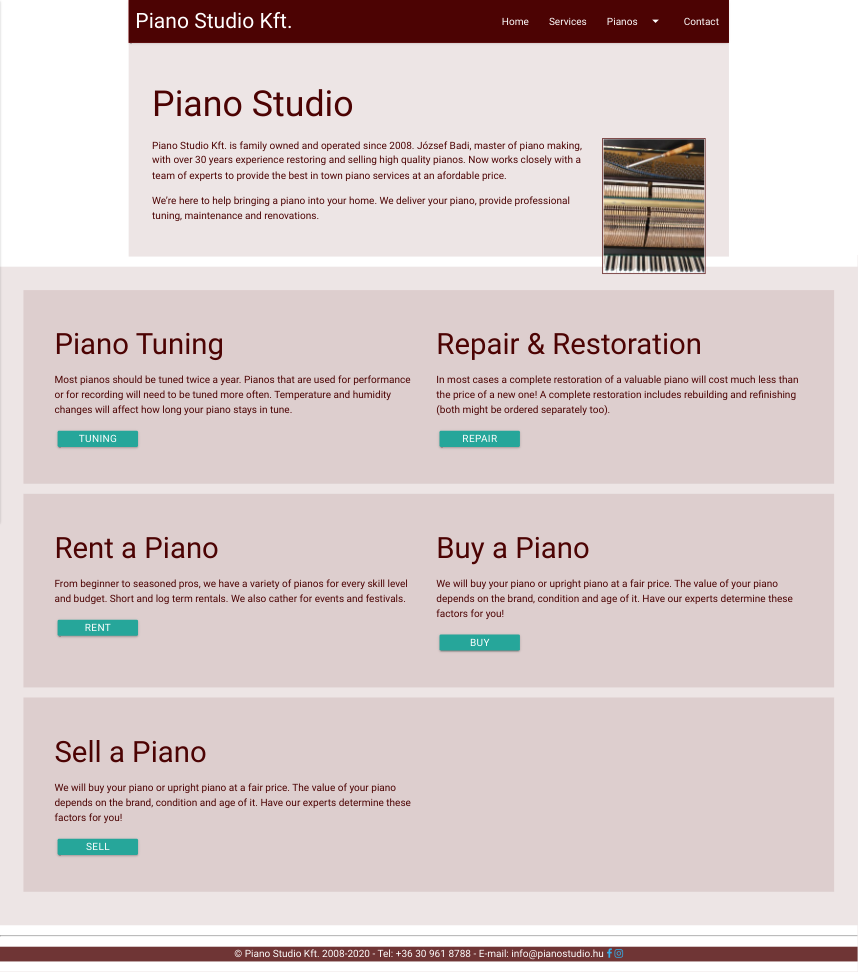
Repository: badiattila/pianostudioheroku
Page: http://localhost/
The author's editor kept a record of every edit. The page is drawn from the files as they stood at one moment, then again after the next edit.
The browser window is 1280 px wide. The pictures show the whole page, at 67% of full size.
Some web libraries are served in a nearby version. The page is served by the project's application, run on Flask 3 (app.py).

Above is the page before.

### templates/index.html
{% extends 'base.html' %} {% block content %}

<div class="op">
    <div class="intro">
            <h2>Piano Studio</h2>
            <img class="right-teaser" src="{{url_for('static', filename='pictures/hangolas.jpg')}}" alt="Piano Studio" />
            <p>Piano Studio Kft. is family owned and operated since 2008. József Badi, master of piano making, with over 30 years experience restoring and selling high quality pianos. Now works closely with a team of experts to provide the best in town piano
                services at an afordable price.</p>
            <p>We’re here to help bringing a piano into your home. We deliver your piano, provide professional tuning, maintenance and renovations.</p>
        </div>
    </div>
</div>
<div class="op">
    <div class="row op">
        <div class="col s6">
            <h3>Piano Tuning</h3>
            <p>Most pianos should be tuned twice a year. Pianos that are used for performance or for recording will need to be tuned more often. Temperature and humidity changes will affect how long your piano stays in tune.</p>
            <p><a class="waves-effect waves-light btn btn_mid" href="{{url_for('services')}}" role="button">Tuning</a></p>
        </div>
        <div class="col s6">
            <h3>Repair & Restoration</h3>
            <p>In most cases a complete restoration of a valuable piano will cost much less than the price of a new one! A complete restoration includes rebuilding and refinishing (both might be ordered separately too).</p>
            <p><a class="waves-effect waves-light btn btn_mid" href="{{url_for('services')}}" role="button">Repair</a></p>
        </div>
    </div>
    <div class="row op">
        <div class="col s6">
            <h3>Rent a Piano</h3>
            <p>From beginner to seasoned pros, we have a variety of pianos for every skill level and budget. Short and log term rentals. We also cather for events and festivals. </p>
            <p><a class="waves-effect waves-light btn btn_mid" href="{{url_for('services')}}" role="button">Rent</a></p>
        </div>
        <div class="col s6">
            <h3>Buy a Piano</h3>
            <p>We will buy your piano or upright piano at a fair price. The value of your piano depends on the brand, condition and age of it. Have our experts determine these factors for you!</p>
            <p><a class="waves-effect waves-light btn btn_mid" href="{{url_for('pianos_for_sale')}}" role="button">Buy</a></p>
        </div>
    </div>
    <div class="row op">
        <div class="col s6">
            <h3>Sell a Piano</h3>
            <p>We will buy your piano or upright piano at a fair price. The value of your piano depends on the brand, condition and age of it. Have our experts determine these factors for you!</p>
            <p><a class="waves-effect waves-light btn btn_mid" href="{{url_for('createadd')}}" role="button">Sell</a></p>
        </div>
    </div>
</div>
<hr> {% endblock %}

### templates/base.html
<!DOCTYPE html>

<html lang="en">

<head>

    <!-- Meta tags -->
    <meta charset="utf-8">
    <!-- Font awsome -->
    <link rel="stylesheet" href="https://maxcdn.bootstrapcdn.com/font-awesome/4.7.0/css/font-awesome.min.css" type="text/css" />
    <!-- Hover -->
    <link rel="stylesheet" href="https://cdnjs.cloudflare.com/ajax/libs/hover.css/2.1.1/css/hover-min.css" type="text/css" />
    <!-- Material icons by Google -->
    <link href="https://fonts.googleapis.com/icon?family=Material+Icons" rel="stylesheet">
    <!-- Compiled and minified materialize CSS -->
    <link rel="stylesheet" href="https://cdnjs.cloudflare.com/ajax/libs/materialize/0.100.2/css/materialize.min.css">
    <!-- Specific Css for this website -->
    <link rel="stylesheet" href="{{url_for('static', filename='css/style.css')}}" type="text/css" />

    <title>Piano Studio Kft. - Services - </title>
    <link href="{{url_for('static', filename='pictures/favicon.ico')}}" rel="shortcut icon" type="image/x-icon" />
    <meta name="description" content="Piano rental, tuning and repair - Piano Studio Kft." />
    <meta name="keywords" content="Piano rental,piano tuning,piano repair,piano studio" />
    <meta name="copyright" content="Piano Studio Kft." />
    <meta name="author" content="Attila Badi/Piano Studio Kft." />
    <meta name="email" content="info@pianostudio.hu" /> {% block head %} {% endblock %}


</head>

<body>
    <div class="container">
        <header>
            <ul id="dropdown2" class="dropdown-content">
                <li><a href="{{url_for('pianos_for_sale')}}">Sale</a></li>
                <li><a href="{{url_for('createadd')}}">Create Add</a></li>
            </ul>
            <nav>
                <div class="nav-wrapper redbg">
                    <a href="{{url_for('index')}}" class="brand-logo">Piano Studio Kft.</a>
                    <a href="#" data-activates="mobile-demo" class="button-collapse"><i class="material-icons">menu</i></a>
                    <ul id="nav-mobile" class="right hide-on-med-and-down">
                        <li><a href="{{url_for('index')}}">Home</a></li>
                        <li><a href="{{url_for('services')}}">Services</a></li>
                        <!-- Dropdown Trigger -->
                        <li><a class="dropdown-trigger" href="#!" data-target="dropdown2">Pianos<i class="material-icons right">arrow_drop_down</i></a></li>

                        <li><a href="{{url_for('contact')}}">Contact</a></li>
                    </ul>
                    <ul class="side-nav" id="mobile-demo">
                        <li><a href="{{url_for('index')}}">Home</a></li>
                        <li><a href="{{url_for('services')}}">Services</a></li>
                        <li><a href="{{url_for('pianos_for_sale')}}">Sale</a></li>
                        <li><a href="{{url_for('createadd')}}">Create Add</a></li>
                        <li><a href="{{url_for('contact')}}">Contact</a></li>
                    </ul>
                </div>
            </nav>

        </header>
        {% block content %} {% endblock %}

        <footer class="footer redbg">
            <p>&copy; Piano Studio Kft. 2008-2020 - Tel: +36 30 961 8788 - E-mail: info@pianostudio.hu
                <a target="_blank" href="https://www.facebook.com/zongoraterem"><i class="fa fa-facebook" aria-hidden="true"></i></a>
                <a target="_blank" href="https://www.instagram.com/pianostudiokft"><i class="fa fa-instagram" aria-hidden="true"></i></a>
            </p>
        </footer>
    </div>

    <script src="https://code.jquery.com/jquery-3.4.1.min.js" integrity="sha256-CSXorXvZcTkaix6Yvo6HppcZGetbYMGWSFlBw8HfCJo=" crossorigin="anonymous"></script>
    <script src="https://cdnjs.cloudflare.com/ajax/libs/materialize/0.100.2/js/materialize.min.js"></script>

    <script>
        $(document).ready(function() {
            $('.modal').modal();
            $('.dropdown-trigger').dropdown();
            $('.collapsible').collapsible();
            $('select').material_select();
            $('.button-collapse').sideNav();
        });
    </script>

</body>

</html>

### app.py
import os
from flask import Flask, render_template, redirect, request, url_for
from flask_pymongo import PyMongo
from bson.objectid import ObjectId
from flask_mail import Mail, Message

app = Flask(__name__)

app.config["MONGO_DBNAME"] = 'piano_studio'
app.config["MONGO_URI"] = 'mongodb://attilabadi:K00nK00n1234@mycodeinstitutecluster-shard-00-00-wpsfr.mongodb.net:27017,mycodeinstitutecluster-shard-00-01-wpsfr.mongodb.net:27017,mycodeinstitutecluster-shard-00-02-wpsfr.mongodb.net:27017/piano_studio?ssl=true&replicaSet=MyCodeInstituteCluster-shard-0&authSource=admin&retryWrites=true&w=majority'
mongo = PyMongo(app)

app.config.update(
	DEBUG=True,
	#EMAIL SETTINGS
	MAIL_SERVER='mail.pianostudio.hu',
	MAIL_PORT=465,
	MAIL_USE_SSL=True,
	MAIL_USERNAME = 'contact@pianostudio.hu',
	MAIL_PASSWORD = os.environ.get('SMTPPW')
	)
mail = Mail(app)

@app.route('/')
@app.route('/index')
def index():
        return render_template("index.html")

@app.route('/contact')
def contact():
        return render_template("contact.html")

@app.route('/services')
def services():
        return render_template("services.html")

@app.route('/pianos_for_sale')
def pianos_for_sale():
        return render_template("pianos_for_sale.html", pianos=mongo.db.pianos_4_sale.find(), images=mongo.db.pianos_4_sale.find())

@app.route('/createadd')
def createadd():
        return render_template("create_add.html")

@app.route('/insert_add', methods=['POST'])
def insert_add():
        file_id = mongo.save_file(request.files['picture'].filename, request.files['picture'])
        mongo.db.pianos_4_sale.insert({
            'brand': request.form.get('brand') ,
            'description' : request.form.get('description') ,
            'age' : request.form.get('age') ,
            'price' : request.form.get('price') ,
            'file_name' : request.files['picture'].filename})
        return redirect(url_for('pianos_for_sale'))

@app.route('/file/<file_name>')
def file(file_name):
    return mongo.send_file(file_name)

@app.route('/delete_piano/<piano_id>')
def delete_piano(piano_id):
    mongo.db.pianos_4_sale.remove({'_id': ObjectId(piano_id)})
    return redirect(url_for('pianos_for_sale'))

@app.route('/edit_piano/<piano_id>')
def edit_piano(piano_id):
    return render_template('edit_piano.html', piano=mongo.db.pianos_4_sale.find_one({"_id": ObjectId(piano_id)}))


@app.route('/update_piano/<piano_id>', methods=['POST'])
def update_piano(piano_id):
    file_id = mongo.save_file(request.files['picture'].filename, request.files['picture'])
    mongo.db.pianos_4_sale.update( {'_id': ObjectId(piano_id)},
    {
            'brand': request.form.get('brand') ,
            'description' : request.form.get('description') ,
            'age' : request.form.get('age') ,
            'price' : request.form.get('price') ,
            'file_name' : request.files['picture'].filename
    })
    return redirect(url_for('pianos_for_sale'))

@app.route('/send_mail/', methods=['POST'])
def send_mail():
	try:
		msg = Message("Contact form mail from pianostudio",
		  sender=request.form.get('user_email'),
		  recipients=["attila.badi@gmail.com"])
		msg.body = request.form.get('message')
		mail.send(msg)
		return 'Mail sent!'
	except:
		return "Something went wrong"

if __name__ == '__main__':
    app.run(host=os.environ.get('IP'),
        port=int(os.environ.get('PORT')),
        debug=True)

### static/css/style.css
.left {
  float: left;
}

.right {
  float: right;
}

/* Picture formatting for gallery and teaser pictures */

.right-teaser {
  padding: 1px;
  border: 1px solid #4c0303;
  float: right;
  margin: 0 0 1em 1em;
  width: 12vw;
}

.galery-pic {
  padding: 1px;
  border: 1px solid #4c0303;
  margin: 0 0 1em 1em;
  width: 12vw;
}

.btn_small {
  height: 24px;
  width: 60px;
  line-height: 24px;
  margin: 5px 5px;
  padding: 0 0.5em;
}

.btn_mid {
  height: 24px;
  width: 120px;
  line-height: 24px;
  margin: 5px 5px;
  padding: 0 0.5em;
}

.footer {
  color: white;
  opacity: 0.8;
  filter: alpha(opacity=80);
  text-align: center;
}

.redbg {
  background-color: #4c0303;
}

.nav-wrapper {
  padding-left: 10px;
}

/* Opacity classes for different elements */

.op {
  background: rgba(76, 3, 3, 0.1);
  /*background with 30% opacity */
  color: rgba(76, 3, 3);
  padding: 35px;
  margin-bottom: 15px;
}

.dropdown-content {
  width: max-content !important;
  height: auto !important;
}

/* ID based background behaviour */
#intro {
    background-attachment: scroll;
    background-image: url('../pictures/4k-wallpaper-close-up-fingers-1246437.jpg');
    background-position: center;
    background-size: cover;
    width: 100vw;
    background-repeat: no-repeat;
    position: relative;
}

After the next edit:
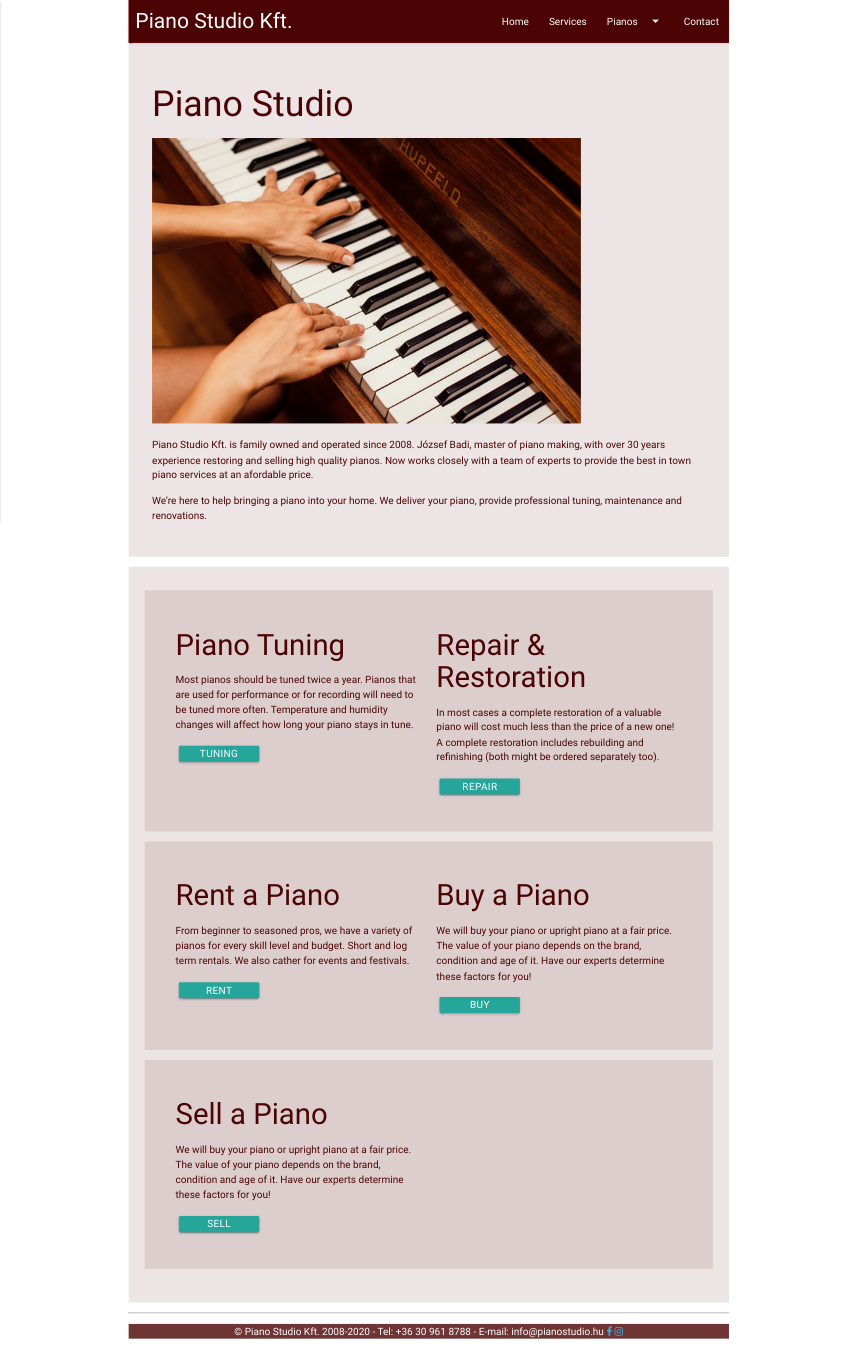
The edit:
--- a/templates/index.html
+++ b/templates/index.html
@@ -2,12 +2,11 @@
 
 <div class="op">
     <div class="intro">
-            <h2>Piano Studio</h2>
-            <img class="right-teaser" src="{{url_for('static', filename='pictures/hangolas.jpg')}}" alt="Piano Studio" />
-            <p>Piano Studio Kft. is family owned and operated since 2008. József Badi, master of piano making, with over 30 years experience restoring and selling high quality pianos. Now works closely with a team of experts to provide the best in town piano
-                services at an afordable price.</p>
-            <p>We’re here to help bringing a piano into your home. We deliver your piano, provide professional tuning, maintenance and renovations.</p>
-        </div>
+        <h2>Piano Studio</h2>
+        <img src="{{url_for('static', filename='pictures/4k-wallpaper-close-up-fingers-1246437.jpg')}}" alt="Piano Studio" />
+        <p>Piano Studio Kft. is family owned and operated since 2008. József Badi, master of piano making, with over 30 years experience restoring and selling high quality pianos. Now works closely with a team of experts to provide the best in town piano
+            services at an afordable price.</p>
+        <p>We’re here to help bringing a piano into your home. We deliver your piano, provide professional tuning, maintenance and renovations.</p>
     </div>
 </div>
 <div class="op">
